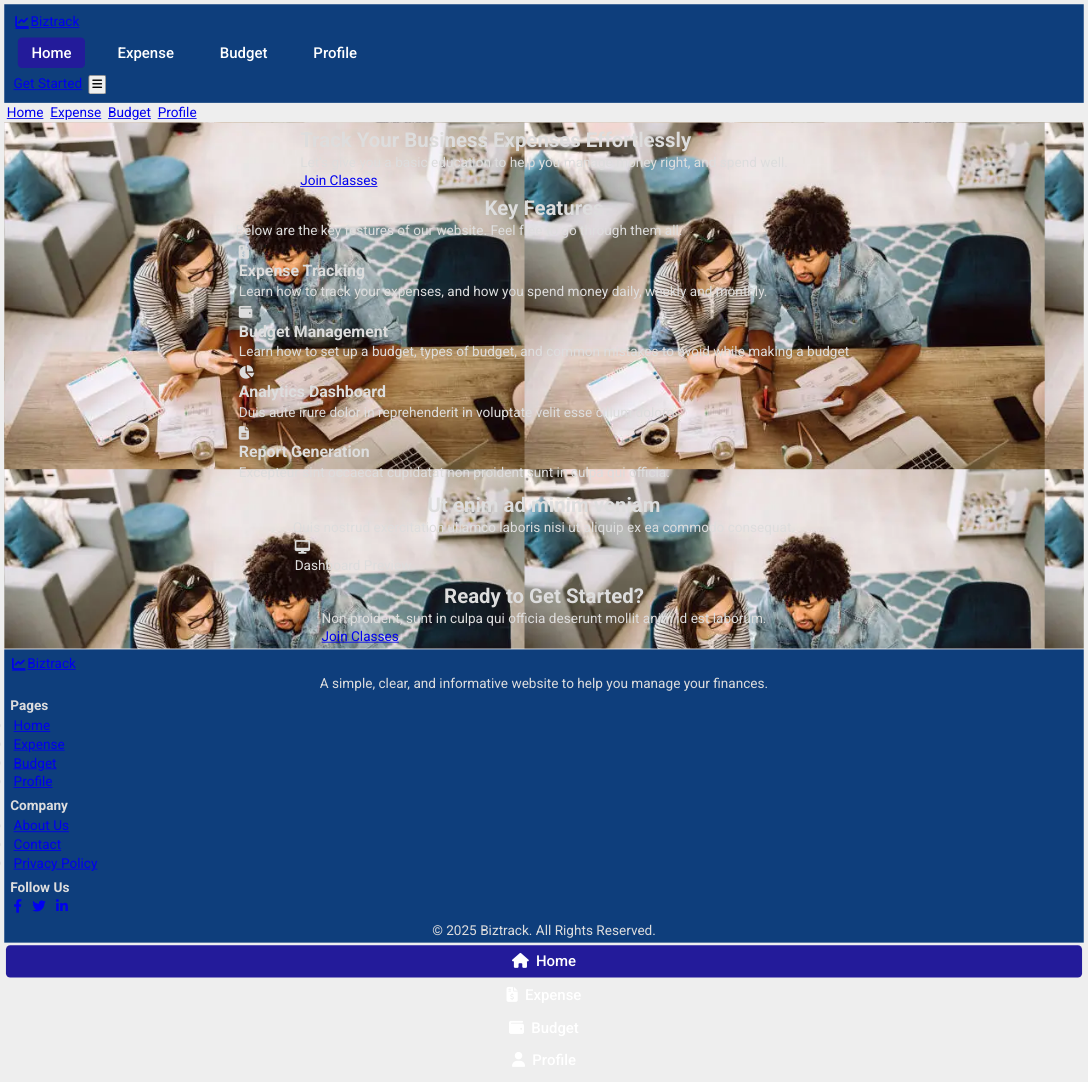
Repository: JoyUdoh106/wdd131
Page: project/index.html
The author's editor kept a copy of each file at every save. The page is drawn from the files as they stood at one save, then again after the next save.
The browser window is 1280 px wide. The pictures show the whole page, at 85% of full size.

Above is the page before, as saved 2025-08-10 18:52:32.
Console error: TypeError: Cannot set properties of null (setting 'textContent')

### project/index.html
<!DOCTYPE html>
<html lang="en">
<head>
    <meta charset="UTF-8">
    <meta name="viewport" content="width=device-width, initial-scale=1.0">
    <title>BIZTRACK - Track Expense and Budget - HOME PAGE</title>
    <meta name="description" content="An informational website on tracking expenses and making budgets - Home page">
    <meta name="author" content="Joy Paulinus Udoh">

    <link rel="stylesheet" href="styles/project.css">
    <script src="scripts/project.js" defer></script>
    <link rel="stylesheet" href="styles/project-large.css">
    <link rel="stylesheet" href="https://cdnjs.cloudflare.com/ajax/libs/font-awesome/6.4.0/css/all.min.css">

    <link rel="preconnect" href="https://fonts.googleapis.com">
    <link rel="preconnect" href="https://fonts.gstatic.com" crossorigin>
    <link href="https://fonts.googleapis.com/css2?family=Merriweather:wght@300;400&family=Roboto:ital,wght@0,100..900;1,100..900&display=swap" rel="stylesheet">
</head>
<body>
    <header>
        <div class="container header-container">
            <a href="index.html" class="logo"><i class="fas fa-chart-line"></i> Biztrack</a>
            <nav class="main-nav">
                <ul class="nav-links">
                    <li><a href="index.html" class="nav-link active">Home</a></li>
                    <li><a href="expense.html" class="nav-link">Expense</a></li>
                    <li><a href="budget.html" class="nav-link">Budget</a></li>
                    <li><a href="profile.html" class="nav-link">Profile</a></li>
                </ul>
            </nav>
            <a href="#" class="btn btn-primary get-started-btn">Get Started</a>
            <button class="nav-toggle" id="nav-toggle-btn">
                <i class="fas fa-bars"></i>
            </button>
        </div>
    </header>

    <div class="mobile-nav" id="mobile-nav-menu">
        <a href="index.html" class="nav-link active">Home</a>
        <a href="expense.html" class="nav-link">Expense</a>
        <a href="budget.html" class="nav-link">Budget</a>
        <a href="profile.html" class="nav-link">Profile</a>
    </div>

    <main>
        <section class="hero-section">
            <div class="container">
                <h1>Track Your Business Expenses Effortlessly</h1>
                <p>Let's give you a basic education to help you manage money right, and spend well.</p>
                <a href="#" class="btn btn-primary">Join Classes</a>
            </div>
        </section>

        <section class="features-section">
            <div class="container">
                <h2>Key Features</h2>
                <p>Below are the key festures of our website. Feel free to go through them all.</p>
                <div class="features-grid">
                    <div class="feature-card reveal">
                        <i class="fas fa-file-invoice-dollar icon"></i>
                        <h3>Expense Tracking</h3>
                        <p>Learn how to track your expenses, and how you spend money daily, weekly and monthly.</p>
                    </div>
                    <div class="feature-card reveal">
                        <i class="fas fa-wallet icon"></i>
                        <h3>Budget Management</h3>
                        <p>Learn how to set up a budget, types of budget, and common mistakes to avoid while making a budget</p>
                    </div>
                    <div class="feature-card reveal">
                        <i class="fas fa-chart-pie icon"></i>
                        <h3>Analytics Dashboard</h3>
                        <p>Duis aute irure dolor in reprehenderit in voluptate velit esse cillum dolore.</p>
                    </div>
                    <div class="feature-card reveal">
                        <i class="fas fa-file-alt icon"></i>
                        <h3>Report Generation</h3>
                        <p>Excepteur sint occaecat cupidatat non proident sunt in culpa qui officia.</p>
                    </div>
                </div>
            </div>
        </section>

        <section class="preview-section">
            <div class="container">
                <h2>Ut enim ad minim veniam</h2>
                <p>Quis nostrud exercitation ullamco laboris nisi ut aliquip ex ea commodo consequat.</p>
                <div class="dashboard-preview reveal">
                    <i class="fas fa-desktop"></i>
                    <p>Dashboard Preview</p>
                </div>
            </div>
        </section>

        <section class="cta-section">
            <div class="container">
                <h2>Ready to Get Started?</h2>
                <p>Non proident, sunt in culpa qui officia deserunt mollit anim id est laborum.</p>
                <a href="#" class="btn btn-light">Join Classes</a>
            </div>
        </section>
    </main>
     <footer>
        <div class="container footer-container">
            <div class="footer-about">
                <a href="index.html" class="logo"><i class="fas fa-chart-line"></i> Biztrack</a>
                <p>A simple, clear, and informative website to help you manage your finances.</p>
            </div>
            <div class="footer-links">
                <h4>Pages</h4>
                <ul>
                    <li><a href="index.html">Home</a></li>
                    <li><a href="expense.html">Expense</a></li>
                    <li><a href="budget.html">Budget</a></li>
                    <li><a href="profile.html">Profile</a></li>
                </ul>
            </div>
            <div class="footer-links">
                <h4>Company</h4>
                <ul>
                    <li><a href="#">About Us</a></li>
                    <li><a href="#">Contact</a></li>
                    <li><a href="#">Privacy Policy</a></li>
                </ul>
            </div>
            <div class="footer-social">
                <h4>Follow Us</h4>
                <div class="social-icons">
                    <a href="#"><i class="fab fa-facebook-f"></i></a>
                    <a href="#"><i class="fab fa-twitter"></i></a>
                    <a href="#"><i class="fab fa-linkedin-in"></i></a>
                </div>
            </div>
        </div>
        <div class="footer-bottom">
            <p>&copy; 2025 Biztrack. All Rights Reserved.</p>
        </div>
    </footer>

    <nav class="mobile-bottom-nav">
        <a href="index.html" class="bottom-nav-link active">
            <i class="fas fa-home"></i>
            <span>Home</span>
        </a>
        <a href="expense.html" class="bottom-nav-link">
            <i class="fas fa-file-invoice-dollar"></i>
            <span>Expense</span>
        </a>
        <a href="budget.html" class="bottom-nav-link">
            <i class="fas fa-wallet"></i>
            <span>Budget</span>
        </a>
        <a href="profile.html" class="bottom-nav-link">
            <i class="fas fa-user"></i>
            <span>Profile</span>
        </a>
    </nav>

</body>
</html>

### project/styles/project.css
* {
    margin: 1px;
    padding: 1px;
    box-sizing: border-box;
}

body {
    font-family: 'Roboto' , sans-serif;
    background-color: #eee;
    color: #ddd;
    background-image: image;
}

header {
    background-color: #0e3e7c;
    display: flex;
    justify-content: space-between;
    align-items: center;
    padding: 7px;
}

header h1 {
    font-size: 1.3rem;
    font-family: 'Merriweather', serif;
}

main {
    background-image: url(../images/project-hero-image.webp);
    justify-items: center;
}

.logo {
    display: flex;
}

nav {
    display: none;
}

#menu-button {
    font-size: 1.7rem;
    background: none;
    border: none;
    color: white;
    cursor: pointer;
}

nav {
    display: none;
}

nav.open {
    display: block;
    position: absolute;
    top: 65px;
    left: 0;
    width: 100%;
    background-color: #310f5e;
}

nav ul {
    list-style-type: none;
    display: flex;
    flex-direction: column;
}

nav a {
    display: block;
    color: white;
    text-align: center;
    padding: 1rem;
    text-decoration: none;
    font-size: 1.1rem;
    font-weight: 500;
}

nav a:hover, nav a.active {
    background-color: #231b9a;
}

#infor {
    color: white;
    background-color: rgba(5, 39, 114, 0.562);
    margin: 4px;
    padding: 1px;
}

.morquee-button {
    background-color: rgb(4, 107, 138);
    border-radius: 6px;
    border: rgba(93, 17, 138, 0.3);
    padding: 5px;
    color: #ddd;
    font-family: 'Roboto', sans-serif;
}

.section {
    color: white;
}

.project-home {
    width: 90%;
    background-color: rgba(8, 19, 165, 0.5);
    margin-left: auto;
    margin-right: auto;
    padding: 10px;
    margin: 2px 5px;
    border: rgba(74, 226, 231, 0.5);
    border-radius: 6px;
    max-width: 700px;
}

h2 {
    text-align: center;
}

ol {
     list-style-type: none;
}

footer {
    background-color: #0e3e7c;
}

.footer {
    display: flex;
    justify-content: space-between;
    align-items: center;
    padding: 10px 20px;
}

footer p {
    text-align: center;
}

.sociallinks {
    display: flex;
    gap: 10px;
}

.sociallinks a img {
    width: 50px;
    height: auto;
    text-decoration: none;
}

.sociallinks a {
    text-decoration: none;
}

### project/scripts/project.js
document.addEventListener('DOMContentLoaded', () => {

    const currentYearSpan = document.getElementById('current-year');
    const currentYear = new Date().getFullYear();
    currentYearSpan.textContent = currentYear;

    const lastModifiedSpan = document.getElementById('last-modified');
    const lastModified = document.lastModified;
    lastModifiedSpan.textContent = lastModified;

    const menuButton = document.getElementById('menu-button');
    const nav = document.querySelector('nav');

    menuButton.addEventListener('click', () => {
        nav.classList.toggle('open');
        if (nav.classList.contains('open')) {
            menuButton.textContent = 'X';
        } else {
            menuButton.textContent = '☰';
        }
    });

});

### project/styles/project-large.css
@media (min-width: 768px) {
    #menu-button {
        display: none;
    }

    nav {
        display: block;
        position: static;
        width: auto;
        background-color: transparent;
    }

    nav ul {
        flex-direction: row;
        gap: 1rem;
    }

    nav a {
        padding: 0.5rem 1rem;
        border-radius: 5px;
    }

    #infor {
        padding: 7px;
        margin: 10px;
    }

    .project-home {
        max-width: 1600px;
    }

}

After the next save:
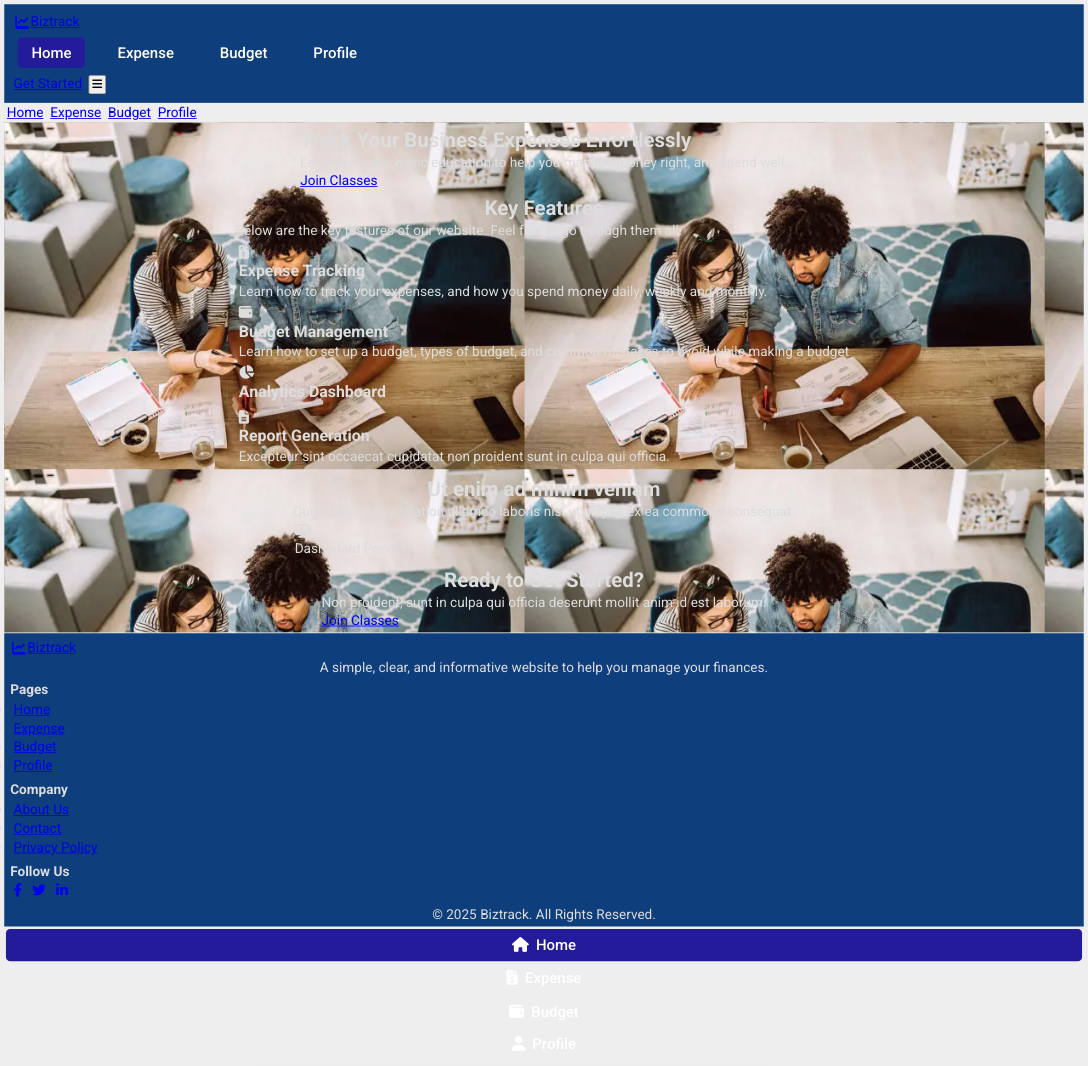
Saved 18 s later.
--- a/project/index.html
+++ b/project/index.html
@@ -69,7 +69,7 @@
                     <div class="feature-card reveal">
                         <i class="fas fa-chart-pie icon"></i>
                         <h3>Analytics Dashboard</h3>
-                        <p>Duis aute irure dolor in reprehenderit in voluptate velit esse cillum dolore.</p>
+                        <p></p>
                     </div>
                     <div class="feature-card reveal">
                         <i class="fas fa-file-alt icon"></i>

After the 2 saves that followed:
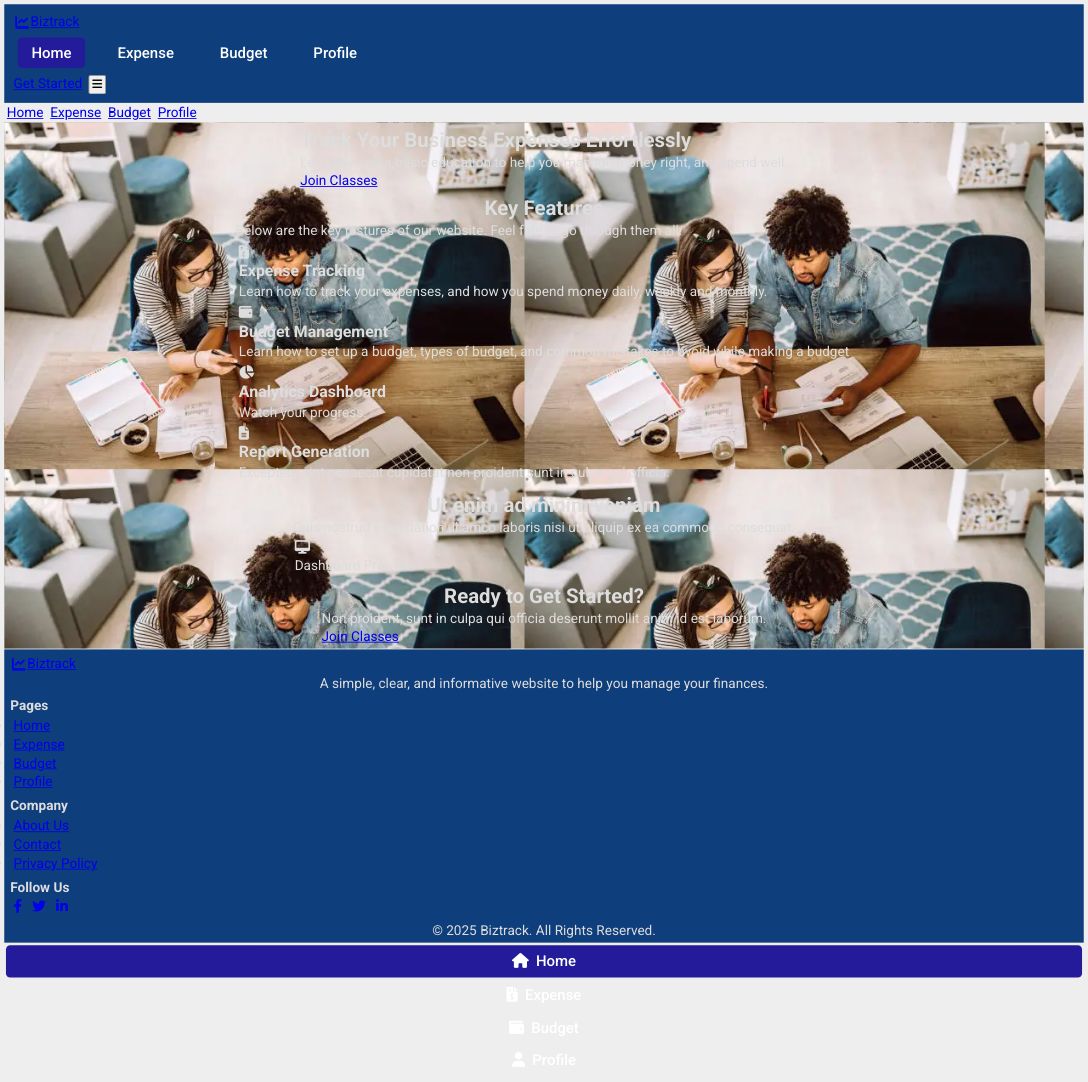
The 2 saves are shown as one change because they came seconds apart.
The last was saved 35 s later.
--- a/project/index.html
+++ b/project/index.html
@@ -69,7 +69,7 @@
                     <div class="feature-card reveal">
                         <i class="fas fa-chart-pie icon"></i>
                         <h3>Analytics Dashboard</h3>
-                        <p></p>
+                        <p>Watch your progress.</p>
                     </div>
                     <div class="feature-card reveal">
                         <i class="fas fa-file-alt icon"></i>
